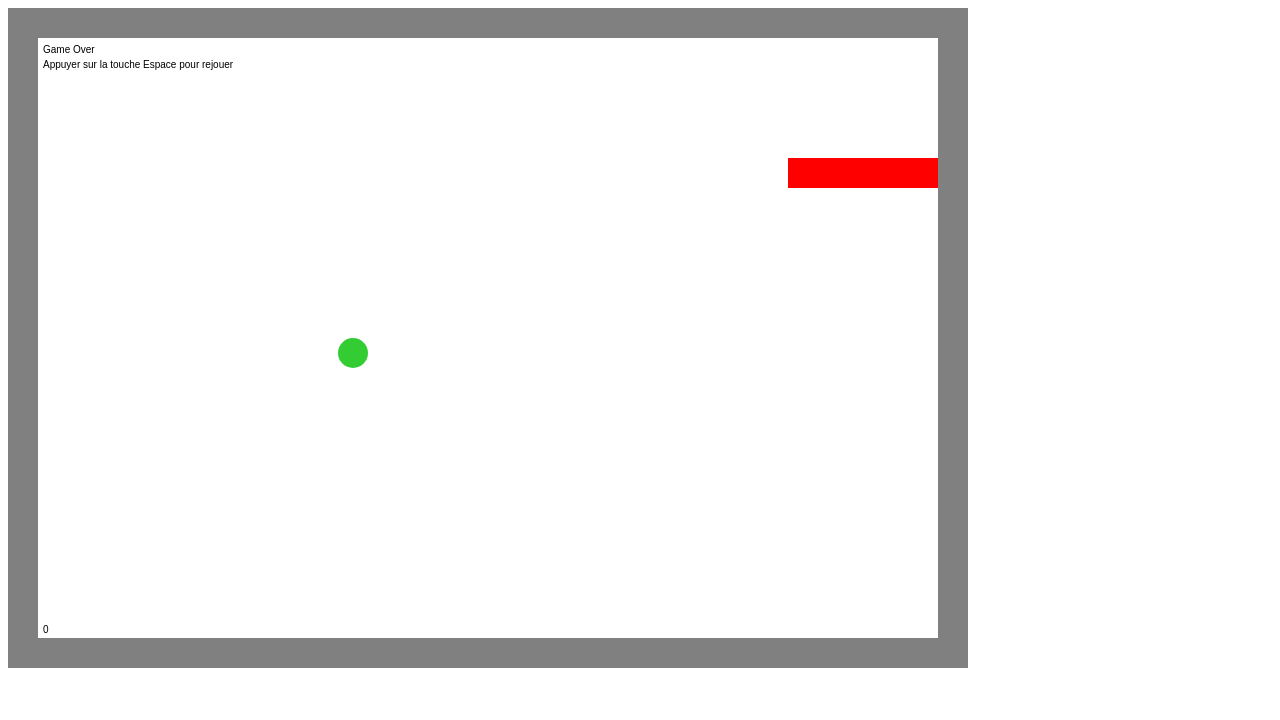
Repository: laben35/snake
Page: index.html
The author's editor kept a copy of each file at every save. The page is drawn from the files as they stood at one save, then again after the next save.
The browser window is 1280 px wide. The pictures show the whole page.

Above is the page before, as saved 2019-12-08 18:48:44.

After the next save:
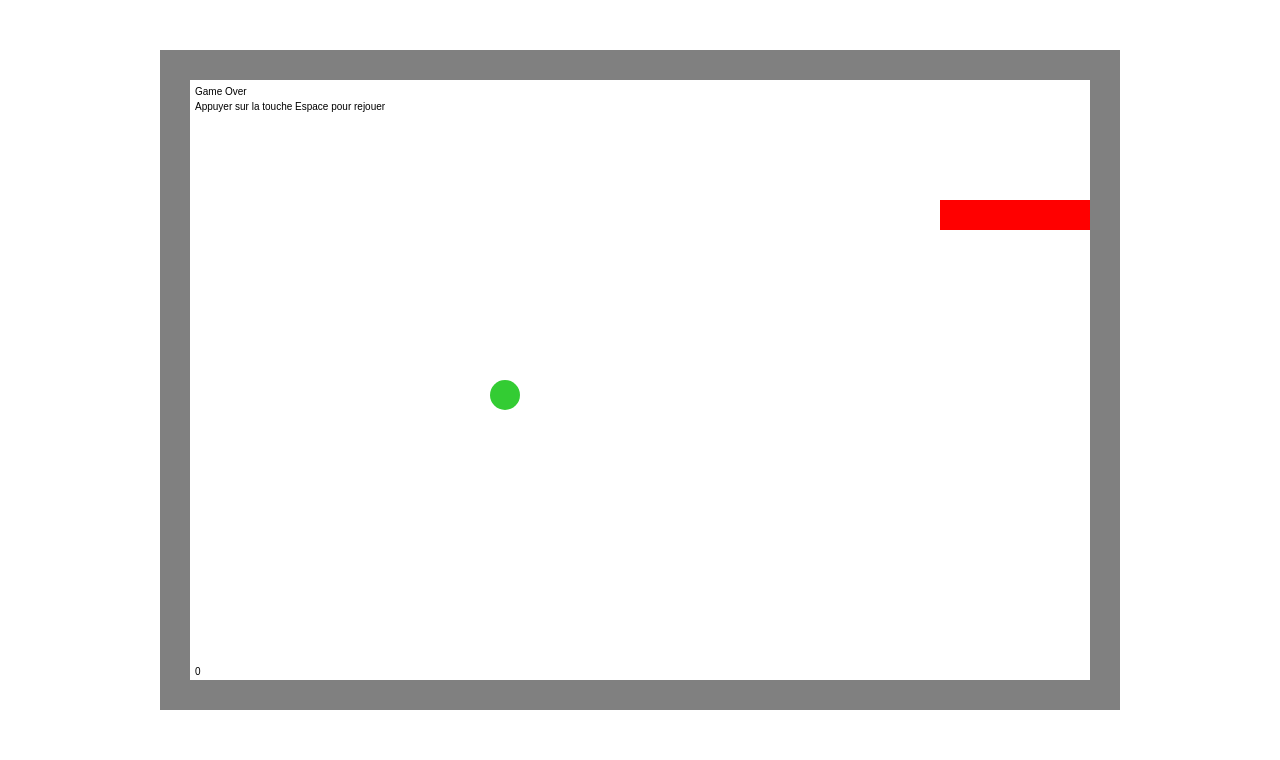
Saved 2 min 47 s later.
--- a/script.js
+++ b/script.js
@@ -19,6 +19,8 @@ window.onload = function()
             canvas.width = canvasWidth;
             canvas.height = canvasHeight;
             canvas.style.border = "30px solid gray";
+            canvas.style.margin = "50px auto";
+            canvas.style.display = "block";
             document.body.appendChild(canvas);
             ctx = canvas.getContext('2d');
             snakee = new Snake( [[6,4], [5,4], [4,4], [3,4], [2,4]], "right");
